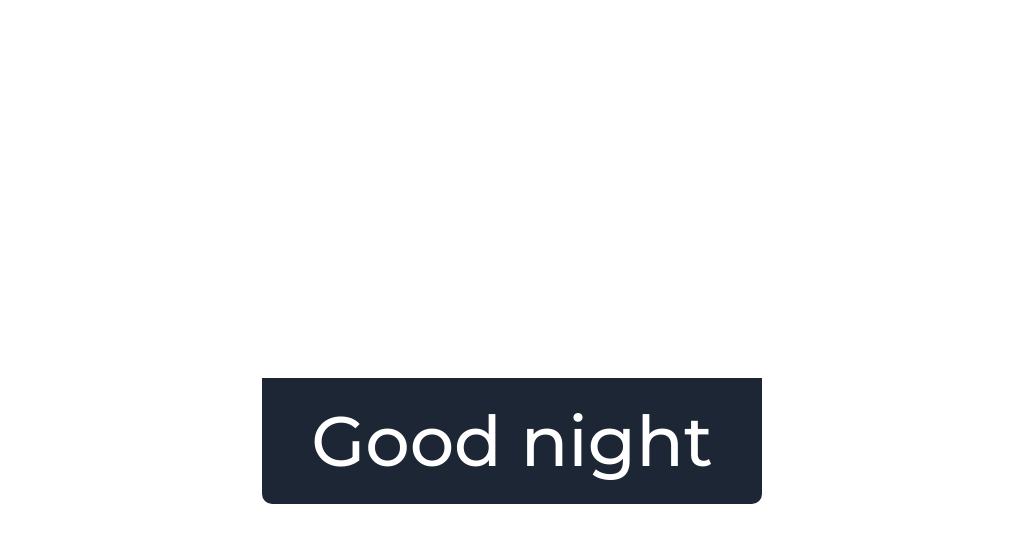
Repository: brian99na/HomePage
Page: /
These files come from the project's save history. The page is drawn as it stood at one moment and after the next save; the edit follows.
The browser window is 1024 px wide. The pictures show the whole page.
The page's requests for data from a server got no answer. The project was rebuilt for these pictures with package versions that can differ from the ones it lists, and the page was loaded fresh each time. No one was signed in, and anything a server would have sent is missing.

Above is the page before, as saved 2021-11-21 23:21:22.

### src/App.js
import { useEffect, useState } from 'react';
import './App.css';
require('dotenv').config()

function App() {
  const [userCoordinates, setUserCoordinates] = useState({})
  const [weatherData, setWeatherData] = useState({})
  const [unsplash, setUnsplash] = useState({url: '', data: []})
  const [unsplashOrientation, setUnsplashOrientation] = useState('')
  const [weatherIcon, setWeatherIcon] = useState('')
  const [locationJsx, setLocationJsx] = useState(false)
  const [time, setTime] = useState('')
  const [date, setDate] = useState('')
  const [title, setTitle] = useState('')
  const [timeConvert, setTimeConvert] = useState('')
  const [quote, setQuote] = useState([])

  const weatherObject = { 2: "11", 3: "09", 5: "10", 6: "13", 7: "50", 8: "01" }
  const five = { 0: "10", 1: "13", 2: "09", 3: "09" }
  const eight = { 1: "02", 2: "03", 3: "04", 4: "04" }

  const weatherApiCall = () => {
    fetch(`https://api.openweathermap.org/data/2.5/weather?lat=${userCoordinates.lat}&lon=${userCoordinates.long}&appid=${process.env.REACT_APP_WEATHER_KEY}&units=imperial`)
    .then(res => res.json())
    .then(data => setWeatherData(data))
  }

  const unsplashApiCall = () => {
    fetch(`https://api.unsplash.com/photos/random?client_id=${process.env.REACT_APP_UNSPLASH_KEY}&orientation=${unsplashOrientation}`)
    .then(res => res.json())
    .then(data => setUnsplash({url: data.urls.raw, data: data}))
  }

  const quoteApiCall = () => {
    fetch('https://zenquotes.io/api/today')
    .then(res => res.json())
    .then(data => setQuote(data))
    .catch((err) => console.log(err))
  }

  const setDimensions = () => {
    if (Number(window.innerWidth > window.innerHeight)) {
      setUnsplashOrientation('landscape')
    } else {
      setUnsplashOrientation('portrait')
    };
  }

  const weatherIconFunction = () => {
    if (((weatherData||{}).weather||[])[0]) {
      let weatherId = weatherData.weather[0].id.toString()
      let dayNight = 'd'
      if (Number(time.split(':').join('')) > 1800 || Number(time.split(':').join('')) < 600){
        dayNight = 'n'
      }
      if (weatherId.slice(0,1) === 5) {
        setWeatherIcon(`http://openweathermap.org/img/wn/${five[weatherId.slice(1,2)]}${dayNight}@4x.png`)
      } else if (weatherId.slice(0,1) === 8) {
        setWeatherIcon(`http://openweathermap.org/img/wn/${eight[weatherId.slice(2,3)]}${dayNight}@4x.png`)
      } else {
        setWeatherIcon(`http://openweathermap.org/img/wn/${weatherObject[weatherId.slice(0,1)]}${dayNight}@4x.png`)
      }
    }
  }

  const titleFunction = () => {
    let timeNum = Number(time.slice(0, 2))
    console.log(timeNum)
    if (timeNum >= 18 || timeNum < 5) {
      setTitle('Good night')
    } else if (timeNum >= 5 & timeNum < 12) {
      setTitle('Good morning')
    } else if (timeNum >= 12 & timeNum < 18) {
      setTitle('Good afternoon')
    }
  }

  useEffect(() => {
    if ("geolocation" in navigator) {
      navigator.geolocation.getCurrentPosition(function(position) {
        setUserCoordinates({lat: position.coords.latitude, long: position.coords.longitude})
      });
    } else {
      console.log("Not Available");
    };
    setDimensions()
    quoteApiCall()
  }, [])

  useEffect(() => {
    unsplashApiCall();
  }, [unsplashOrientation])

  useEffect(() => {
    weatherApiCall()
  }, [userCoordinates])

  useEffect(() => {
    weatherIconFunction()
    setLocationJsx(true)
  }, [weatherData])

  useEffect(() => {
    titleFunction()
  }, [time])

  useEffect(() => {
    const interval = setInterval(() => {
      const today = new Date()
      let minutes = ('0'+ (today.getMinutes())).slice(-2)
      let hour = ('0'+ (today.getHours())).slice(-2)
      setTime(hour + ':' + minutes);
      setDate((today.getMonth()+1) + '-' + today.getDate());
      if (Number(hour) > 12) {
        let afternoonTime = ((Number(hour)-12).toString()) + ':' + minutes + ' PM'
        console.log(afternoonTime)
        setTimeConvert(afternoonTime)
      } else if (Number(hour) === 12){
        let noonTime = hour + ':' + minutes + ' PM'
        setTimeConvert(noonTime)
      } else {
        let morningTime = hour + ':' + minutes + ' AM'
        setTimeConvert(morningTime)
      }
    }, 1000)
    return () => clearInterval(interval)
  }, [])

  const weatherLink = weatherData && `https://www.google.com/search?q=${weatherData.name}+weather`

  const weatherJsx = (weatherData && weatherIcon && weatherData.main) &&
  <a href={weatherLink} target='_blank' rel="noreferrer" className='weatherMain'>
    <div>
        <img className='weatherIcon' src={weatherIcon} alt='weather_icon'/>
    </div>
    <div className='weatherDetails1'>
      <h2 className='weatherTemp'>{weatherData.main.temp.toFixed()}°F</h2>
      <h2>{weatherData.weather[0].description}</h2>
    </div>
  </a>

  const unsplashJsx = (unsplash.data && unsplash.data.links) &&
  <div className='quoteUnder'>
    <a href={unsplash.data.links.html}>
      {unsplash.data.location.name ? <h1>{unsplash.data.location.name}</h1> : <h1>Full picture here</h1>}
    </a>
  </div>

  // console.log(userCoordinates)
  console.log(weatherIcon)
  console.log(weatherData)

  const titleBackColor = (title === 'Good night') ? 'rgb(29, 38, 53)' : null

  console.log(unsplash.data)
  console.log(quote)

  return (
    <div style={{ backgroundImage: `url(${unsplash.url})` }} className="App">
      <div className='weatherJsxUpper'>
        {weatherData.weather ? weatherJsx : <h1>Loading...</h1>}
      </div>
      <div className='titleUpper'>
        {timeConvert ? <h1 className='titleTime'>{timeConvert}</h1> : <h1>Loading...</h1>}
        {title ? <h1 style={{backgroundColor: titleBackColor}}className='titleText'>{title}</h1> : <h1>Loading...</h1>}
      </div>
      <div className='quoteUpper'>
        {unsplashJsx}
      </div>
    </div>
  );
}

export default App;

### src/App.css
@import url('https://fonts.googleapis.com/css2?family=Montserrat:wght@100;300;400;500;900&display=swap');
* {
  padding: 0;
  margin: 0;
  font-family: 'Montserrat', sans-serif;
  color: white;
}

a {
  text-decoration: none;
}

.App {
  height: 100vh;
  background-size: cover;
  display: flex;
  flex-direction: column;
  align-items: center;
  background-position: center;
}

.weatherJsxUpper {
  height: 33.33vh;
  width: 80vw;
  display: flex;
  justify-content: flex-end;
  align-items: center;
}

.weatherMain {
  display: flex;
  justify-content: center;
  align-items: center;
  height: fit-content;
  backdrop-filter: blur(0px);
  transition: 0.5s ease-in-out;
  border-radius: 20px;
  border: 1px solid rgb(240, 240, 240);
  transform: scale(1);
}

.weatherMain:hover {
  backdrop-filter: blur(5px);
  transform: scale(1.02);
}

.weatherDetails1 {
  display: flex;
  flex-direction: column;
  font-size: 14px;
  padding: 3em 3em 3em 0 ;
}

.weatherTemp {
  font-size: 50px;
}


.titleUpper {
  height: 33.33vh;
  display: flex;
  flex-direction: column;
  align-items: center;
  justify-content: center;
  width: 100%;
}

.titleTime {
  font-size: 100px;
  backdrop-filter: blur(15px);
  width: 45%;
  text-align: center;
  border-radius: 10px 10px 0 0;
  padding: 20px;
}

.titleText {
  text-align: center;
  width: 45%;
  font-size: 70px;
  font-weight: 500;
  border-radius: 0 0 10px 10px;
  padding: 20px;
}

.titleTextBg {
  background-color: rgb(0, 0, 0);
}

.quoteUpper {
  height: 33vh;
  width: 100vw;
  display: flex;
  justify-content: flex-start;
  align-items: center;
}

.quoteUnder {
  width: 30%;
  display: flex;
  justify-content: center;
  align-items: center;
  border-radius: 10px;
}

.quoteUnder a {
  padding: 1em;
  backdrop-filter: blur(0px);
  border-radius: 10px;
  width: 50%;
  border: 1px solid rgb(240, 240, 240);
  transition: 0.5s ease-in-out;
}

.quoteUnder a:hover {
  background-color: rgb(204, 204, 204, 0.2);
  padding: 1em;
  transform: scale(1.03);
  border-radius: 10px;
  backdrop-filter: blur(5px);

}

@media only screen and (max-width: 1024px) {

}

@media only screen and (max-width: 768px) {
  .titleUpper h1 {
    font-size: 40px;
    padding: 10px;
  }

  .weatherJsxUpper {
    justify-content: center;
  }

  .quoteUpper {
    justify-content: center;
  }

  .quoteUnder {
    width: 100%;
  }

  .titleUpper {
    flex-direction: row;
  }

  .quoteUnder a {
    border: none;
    width: 100%;
    text-align: center;
    backdrop-filter: blur(5px);
  }

  .weatherMain {
    border: none;
    backdrop-filter: blur(35px);
    border-radius: 0;
    width: 100%;
  }

  .weatherJsxUpper {
    width: 100%;
  }

  .weatherIcon {
    width: 70%;
  }

  .weatherDetails1 {
    padding: 0;
  }
}

Loaded but not shown: public/index.html (common file); src/index.js (common file)

After the next save:
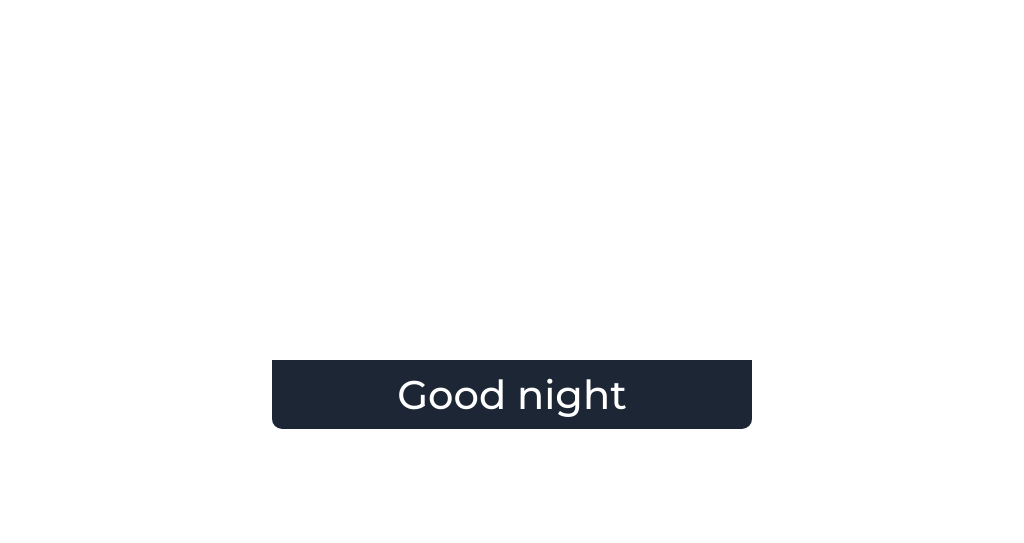
Saved 39 s later.
--- a/src/App.css
+++ b/src/App.css
@@ -122,7 +122,10 @@ a {
 }
 
 @media only screen and (max-width: 1024px) {
-
+  .titleUpper h1 {
+    font-size: 40px;
+    padding: 10px;
+  }
 }
 
 @media only screen and (max-width: 768px) {
